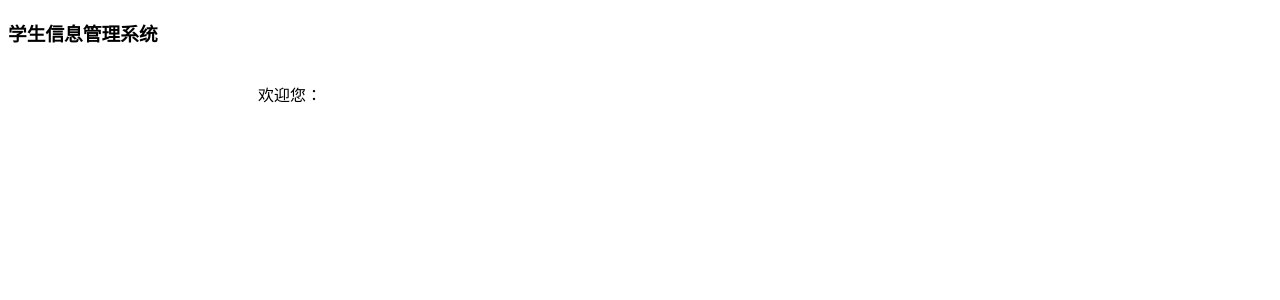
Repository: DataBoxWx/mvc_servlet_3
Page: http://localhost/mvc_2/jsp/studentlist.jsp
The author's editor kept a copy of each file at every save. The page is drawn from the files as they stood at one save, then again after the next save.
The browser window is 1280 px wide. The pictures show the whole page.
The page is served by Tomcat 9.

Above is the page before, as saved 2018-05-09 06:46:54.

After the next save:
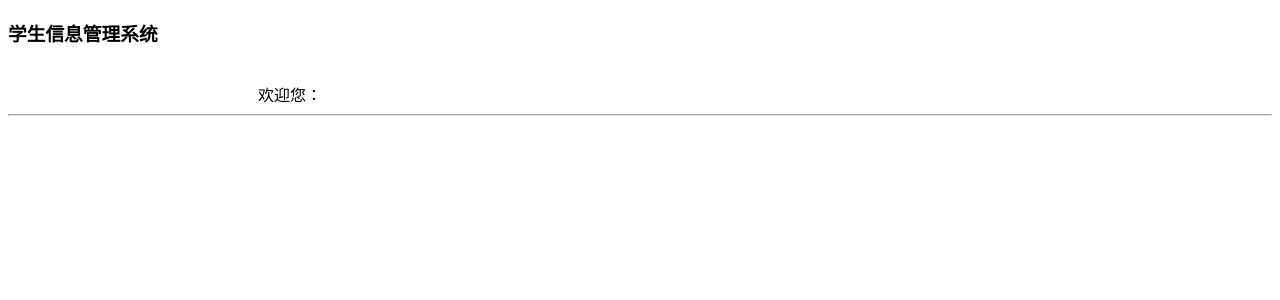
Saved 2 min 52 s later.
--- a/mvc_2/WebContent/jsp/studentlist.jsp
+++ b/mvc_2/WebContent/jsp/studentlist.jsp
@@ -12,6 +12,21 @@
 </head>
 <body>
 	<h3>学生信息管理系统</h3><br/>
-	<div style="margin-left: 250px">欢迎您：${username}</div>
+	<div style="margin-left: 250px">欢迎您：${username}</div><hr>
+	<table>
+		<thead>
+			<tr>
+				<td>
+					<button id="addBtn'>添加学员</button>
+				</td>
+			</tr>
+			<tr>
+
+			</tr>
+		</thead>
+		<tbody>
+
+		</tbody>
+	</table>
 </body>
 </html>
